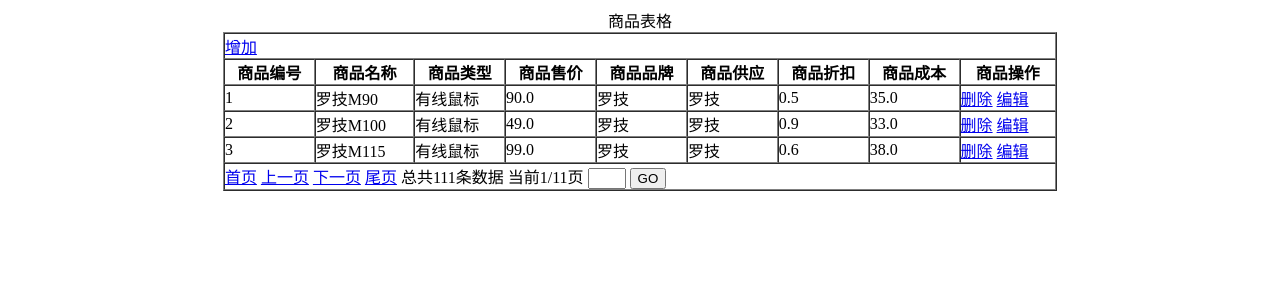
Repository: qyl1006/JavaApps
Page: workspace/web-01-html/WebContent/hello/list03.html
The author's editor kept a copy of each file at every save. The page is drawn from the files as they stood at one save, then again after the next save.
The browser window is 1280 px wide. The pictures show the whole page.

Above is the page before, as saved 2018-02-27 11:04:12.

After the next save:
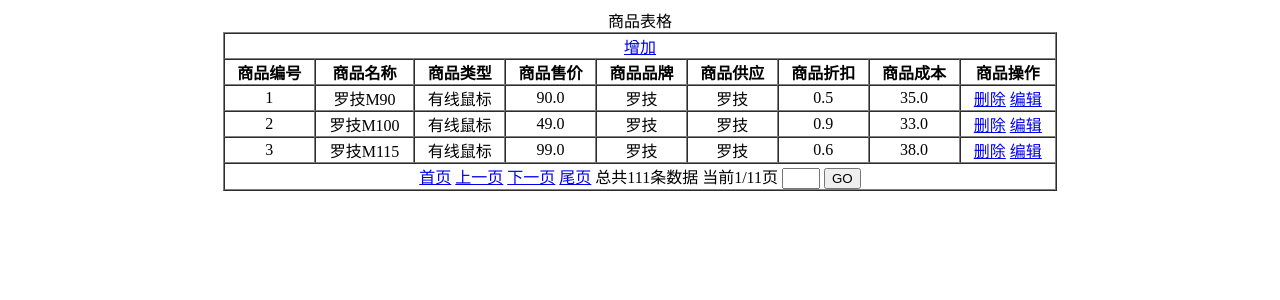
Saved 16 s later.
--- a/workspace/web-01-html/WebContent/hello/list03.html
+++ b/workspace/web-01-html/WebContent/hello/list03.html
@@ -4,7 +4,7 @@
 <meta http-equiv="Content-Type" content="text/html; charset=UTF-8">
 <title>Insert title here</title>
 	<style type="text/css">
-
+		td {text-align: center;}
 	</style>
 
 </head>
